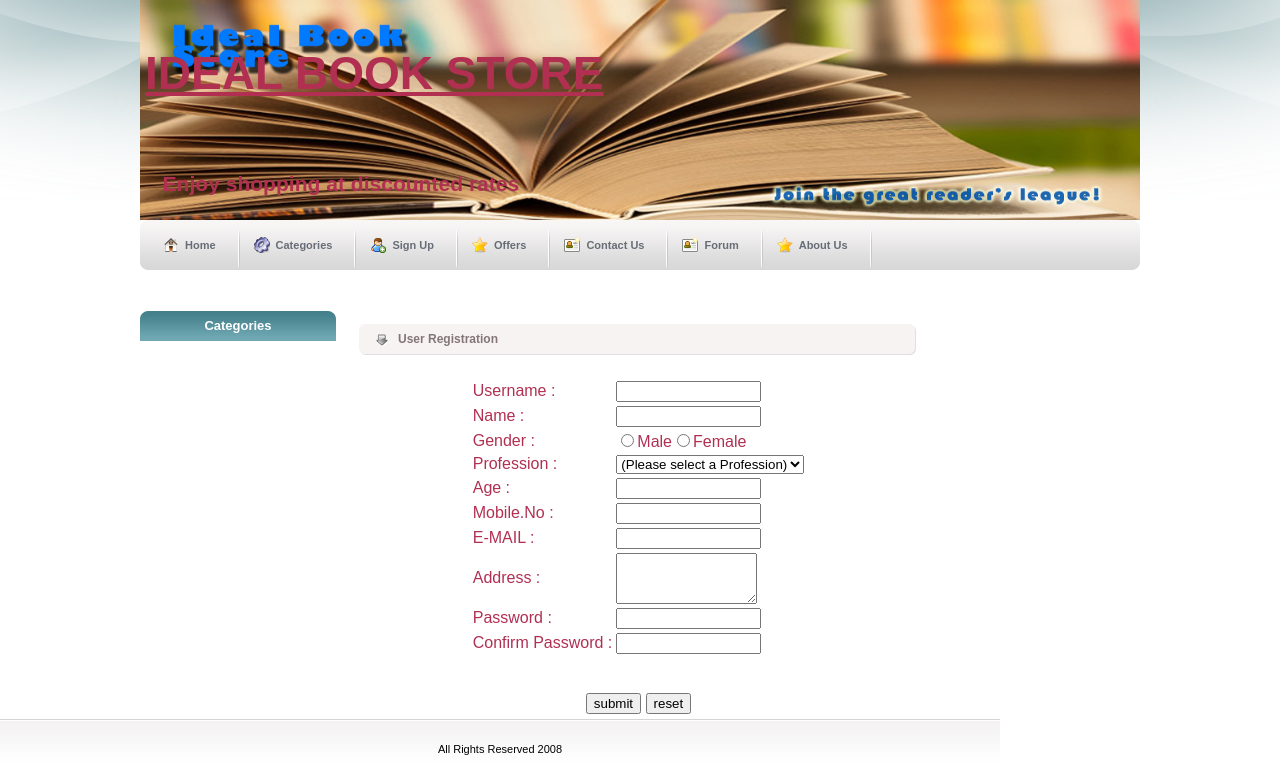
Repository: tusharjain887/Online-Book-Sales
Page: http://localhost/OnlineBook/registration.jsp
An editor plug-in stored every save of this project. The page is shown before and after the next save, followed by the edit.
The browser window is 1280 px wide. The pictures show the whole page.
The page is served by Tomcat 9. Queries for data that is not in the repository find no rows.

Above is the page before, as saved 2013-04-09 08:23:03.

### PROJECT/workspace/workspace/OnlineBook/WebContent/registration.jsp
<%@ page import="java.sql.*"%>
<%@ page import="java.io.*"%>
<%@ page import="java.util.*"%>
<%@ page import="java.lang.*"%>

<!DOCTYPE html PUBLIC "-//W3C//DTD XHTML 1.0 Transitional//EN" "http://www.w3.org/TR/xhtml1/DTD/xhtml1-transitional.dtd">
<html xmlns="http://www.w3.org/1999/xhtml">
<head>
<title>Sign Up</title>
<meta http-equiv="Content-Type" content="text/html; charset=windows-1252" />
<link rel="stylesheet" type="text/css" href="style.css" />
<!--[if IE 6]>
<link rel="stylesheet" type="text/css" href="iecss.css" />
<![endif]-->
<script type="text/javascript" src="js/boxOver.js"></script>

<script type="text/javascript">
function formValidation()
{
var username = document.myForm.username;
var name = document.myForm.name;
var gender = document.myForm.gender;
var pro = document.myForm.pro;
var age = document.myForm.age;
var phone1 = document.myForm.phone1;
var email = document.myForm.email;
var address = document.myForm.address;
var pwd = document.myForm.pwd
var pwd1 = document.myForm.pwd1;

//username
var uid_len = username.value.length;
var alphanum = /^[0-9a-zA-Z]+$/;
if (uid_len == 0)
{
alert('Username should not be empty.');
username.focus();
return false;
}
else if ((!username.value.match(alphanum)))
{
alert('Username must have alphanumeric characters only.');
username.focus();
return false;
}

//Name
var letters = /^[A-Za-z]+$/;
if(name.value.length==0)
{
	alert('Name should not be empty');
	name.focus();
	return false;
}
else if(!name.value.match(letters))
{
	alert('Name must have alphabet characters only');
	name.focus();
	return false;
}


var len = gender.value.length;
if (len == 0)
{
alert('Please select your gender!');
gender.focus();
return false;
}

if(pro.value == "Default")
{
alert('Select your profession from the list');
pro.focus();
return false;
}

var numbers = /^[0-9]+$/;
if(!(age.value.length<=2 && age.value.match(numbers)))
{
	alert('Age must have numeric characters only / max 2 digits');
	age.focus();
	return false;
}


if(!(phone1.value.length==10 && phone1.value.match(numbers)))
{
	alert('Incorrect phone number./nPhone must be a 10 digits numeric characters only.');
	phone1.focus();
	return false;
}

var mailformat = /^\w+([\.-]?\w+)*@\w+([\.-]?\w+)*(\.\w{2,3})+$/;
if(!email.value.match(mailformat))
{
	alert("You have entered an invalid email address!");
	mail.focus();
	return false;
}

/*
if(pwd!=pwd1)
{
alert("Password mismatch");
pwd.focus();
return false;
}
	*/

var pwd_len = pwd.value.length;
if (pwd_len == 0)
{
alert("Password should not be empty / length should be between 5 to 15");
pwd.focus();
return false;
}
else if( pwd_len > 15 || pwd_len < 5)
{
	alert("Password ength should be between 5 to 15");
	pwd.focus();
	return false;
}

pwd_len = pwd1.value.length;
if (pwd_len == 0 || pwd_len > 15 || pwd_len < 5)
{
alert("Please confirm your password");
pwd1.focus();
return false;
}
else if( pwd_len > 15 || pwd_len < 5)
{
	alert("Password ength should be between 5 to 15");
	pwd1.focus();
	return false;
	}


return true;
}
</script>
</head>
<body>
<div id="main_container">

  <div id="header">
	<div class="leftcontent"><h1><u>IDEAL BOOK STORE</u></h1></div>
    <div class="leftdowncontent"><h3>&nbsp&nbsp&nbspEnjoy shopping at discounted rates</h3></div>

  </div>

  <div id="main_content">
    <div id="menu_tab">
      <div class="left_menu_corner"></div>
      <ul class="menu">
        <li><a href="index.jsp" class="nav1"> Home</a></li>
        <li class="divider"></li>
        <li><a href="categories.jsp" class="nav2">Categories</a></li>
        <li class="divider"></li>
        <li><a href="registration.jsp" class="nav4">Sign Up</a></li>
        <li class="divider"></li>
        <li><a href="news.jsp" class="nav3">Offers</a></li>
        <li class="divider"></li>
        <li><a href="contact.jsp" class="nav6">Contact Us</a></li>
        <li class="divider"></li>
        <li><a href="forum.jsp" class="nav6">Forum</a></li>
        <li class="divider"></li>
        <li><a href="aboutus.jsp" class="nav3">About Us</a></li>
        <li class="divider"></li>

      </ul>
      <div class="right_menu_corner"></div>
    </div>
    <!-- end of menu tab -->
</br></br></br>
    <div class="left_content">
         <div class="title_box">Categories</div>
      <ul class="left_menu">
      <%
      try{
    	  Class.forName("com.ibm.db2.jcc.DB2Driver").newInstance();
	Connection Conn8=DriverManager.getConnection("jdbc:db2://localhost:50000/BOOKS","Rakesh","Rakesh");
	PreparedStatement ps8=Conn8.prepareStatement("SELECT CAT_ID,CAT_NAME FROM CATEGORY");
	ResultSet rs8=ps8.executeQuery();
	while(rs8.next())
    {
		String name=rs8.getString(2);
 	%>
        <li class="even"><%out.println("<a href='viewcategory.jsp?cat_id="+rs8.getString(1)+"'>"+name+"</a>");%></li>
        <%
        }
        %>
      </ul>
      <%
      PreparedStatement ps9=Conn8.prepareStatement("SELECT IMAGEURL FROM ADVERTISEMENT ORDER BY AD_ID DESC LIMIT 0,3");
	ResultSet rs9=ps9.executeQuery();
	while(rs9.next())
    {
		%>
      <div class="banner_adds"><br><br><br> <%out.println("<img src='C:/Uploaded Images/"+rs9.getString(1)+"'></img>");%> </div>
      <%
      }
	ps8.close();
	ps9.close();
	Conn8.close();
      }
      catch(Exception e)
      {

      }
      %>
    </div>

    <!-- end of left content -->
     <br>
    </div>
    <!-- end of left content -->
    <div class="center_content">
      <div class="center_title_bar">User Registration</div>
      <div style="font-size:16px;color:#B13052;">
      <form name="myForm" action="registration1.jsp" method="post" onsubmit="return formValidation()">
      <center>
<table>
<br><br>

<h3>
<tr>
<td style="margin-bottom: 5px;">Username        : </td>
<td style="margin-bottom: 5px;"><input type=text name="username" size=15></td>
</tr>
<tr>
<td style="margin-bottom: 5px;">Name         : </td>
<td style="margin-bottom: 5px;"><input type=text name="name" size=15></td>
</tr>
<tr>
<td style="margin-bottom: 5px;">Gender               :</td>
<td style="margin-bottom: 5px;"><input type="radio" name="gender" value="male" /><span>Male</span><input type="radio" name="gender" value="female" /><span>Female</span></td>
</tr>
<tr>
<td style="margin-bottom: 5px;">Profession        : </td>
<td style="margin-bottom: 5px;"><select name="pro">
<option selected="" value="Default">(Please select a Profession)</option>
<option value=Student>Student</option>
<option value=Business>Business</option>
<option value=Govt. Employee>Govt.Employ</option>
<option value=Pvt.Employee>Pvt.Employ</option>
</select></td>
</tr>
<tr>
<td style="margin-bottom: 5px;">Age               :</td>
<td style="margin-bottom: 5px;"><input type=text name="age"size=15></td>
</tr>
<tr>
<td style="margin-bottom: 5px;">Mobile.No         :</td>
<td style="margin-bottom: 5px;"><input type=text name="phone1" size=15></td>
</tr>
<tr>
<td style="margin-bottom: 5px;">E-MAIL            :</td>
<td style="margin-bottom: 5px;"><input type=text name="email" size=15></td>
</tr>
<tr>
<td style="margin-bottom: 5px;">Address          : </td>
<td style="margin-bottom: 5px;"><textarea rows=3 cols=15 name="address" size=15></textarea></td>
</tr>
<tr>
<td style="margin-bottom: 5px;">Password          : </td>
<td style="margin-bottom: 5px;"><input type=password name="pwd" size=15></td>
</tr>
<tr>
<td style="margin-bottom: 5px;">Confirm Password  : </td>
<td style="margin-bottom: 5px;"><input type=password name="pwd1" size=15></td>
</tr></h3>
</table>
<br><br>


<input type=submit value="submit">
<input type=reset value="reset">
</center>
</form>
</div>
    </div>
    <!-- end of center content -->
    <div class="right_content">
     <br><br><br>
    </div>
    <!-- end of right content -->
  </div>
  <!-- end of main content -->
  </br></br>
  <div class="footer">
    <br><br>
    <center> All Rights Reserved 2008</center>
      </div>

<!-- end of main_container -->
</body>
</html>

### PROJECT/workspace/workspace/OnlineBook/WebContent/style.css
body
{
background:url(images/bg.jpg) no-repeat #fff center top;
padding:0;
font-family:Arial, Helvetica, sans-serif;
font-size:11px;
margin:0px auto auto auto;
color:#000;
}
p{
padding:2px;
margin:0px;
}
#main_container{
width:1000px;
height:auto;
margin:auto;
padding:0px;
}
.top_bar{
width:1000px;
height:38px;
background-color:#4a4a4a;
}
.top_search{
width:370px;
height:32px;
margin:0px 20px 0 0;
_margin:0px 10px 0 0;
float:right;
background:url(images/top_search_bg.gif) no-repeat center;
}
input.search_input{
width:182px;
height:18px;
float:left;
margin:5px 0 0 0 ;
border:1px solid #dbdbdb;
border-bottom-color:#ffffff;
border-right-color:#ffffff;
}
.search_text{
float:left;
width:110px;
padding:8px 0 0 15px;
color:#999999;
}
.search_text a{
text-decoration:none;
color:#999999;
}
.search_bt{
float:left;
padding:2px 0 0 15px;
}
.languages{
float:right;
width:150px;
padding:8px 0 0 0;
}
.lang_text{
float:left;
padding:0 5px 0 0;
color:#b3adad;
}
a.lang{
display:block;
float:left;
padding:0 5px 0 5px;
}
#header{
width:1000px;
height:220px;
background:url(images/book4.jpg) no-repeat center;
background-position:0px 0px;
background-size:1000px 220px;
margin=0;
}
.leftcontent{
	padding:15px 0px 15px 5px;
	font-size:23px;
	color: #B13052;
}
.leftdowncontent{
	padding:5px 0px 15px 5px;
	font-size:18px;
	color: #B13052;
}
.logout{
	float:right;
	font-size:14px;
	color: #fff;
}
.logout a,.logout a:hover {
	color: aqua;
}

}
#logo{
padding:15px;
}
#templatemo_header {
	clear: both;
	width: 1000px;
	height: 200px;
	padding: 0;
	margin: 0;
	background: url(images/templatemo_header_bg.jpg) no-repeat;
}

#templatemo_header a,a:hover {
	color: #000;
}

#templatemo_header #templatemo_special_offers {
	float: left;
	font-size: 14px;
	margin-top: 95px;
	margin-left: 490px;
	width: 180px;
}

#templatemo_special_offers a {
	font-size: 12px;
}

#templatemo_special_offers  p {
	margin: 0 0 20px 0;
}
#templatemo_special_offers p span {
	font-size: 18px;
}

#templatemo_header #templatemo_new_books {
	float: left;
	margin-top: 90px;
	margin-left: 55px;
	width: 180px;
}

#templatemo_new_books ul {
	 margin: 0 0 10px 0;
	 padding: 0 0 0 20px;
}

#templatemo_new_books li {
	 margin: 0;
	 padding: 0;
}

/*------------------------------oferte_content-----------------------*/
.oferte_content{
width:600px;
height:264px;
float:left;
padding:0 0 0 50px;
}
.top_divider{
float:left;
width:1px;
height:164px;
}
.oferta{
width:538px;
float:left;
padding:15px 30px 0 30px;
}
.oferta_img{
float:left;
padding:0 0 10px 0;
}
.oferta_title{
font-size:15px;
color:#b72c24;
font-weight:bold;
}
.oferta_details{
width:400px;
float:left;
padding:0 0 0 30px;
}
.oferta_text{
padding:5px 0 5px 0;
font-size:12px;
color:#FFFFFF;
text-align:justify;
line-height:15px;
}
a.details{
width:83px;
height:21px;
display:block;
float:right;
margin:5px 0 0 0;
padding-left:5px;
background:url(images/details_bt_bg.gif) no-repeat center;
text-align:center;
line-height:21px;
text-decoration:none;
color:#000000;
}
/*---------------------oferta_pagination-----------------------------*/

div.oferta_pagination {
clear:both;
padding:10px 0 0 0;
_padding:0px 0 0 0;
margin:5px;
text-align:center;
float:left;
font-size:10px;
}

div.oferta_pagination a {
width:22px;
height:22px;
display:block;
float:left;
margin:0 0 0 5px;
_margin:0 0 0 3px;
line-height:23px;
text-align:center;
background:url(images/pag_bg.gif) no-repeat center;
text-decoration:none;
color:#9d8b8b;
}
div.oferta_pagination a:hover, div.pagination a:active {
width:22px;
height:22px;
display:block;
float:left;
line-height:23px;
text-align:center;
background:url(images/pag_bg_a.gif) no-repeat center;
text-decoration:none;
color:#ad1614;
}
div.oferta_pagination span.current {
width:22px;
height:22px;
display:block;
float:left;
line-height:23px;
text-align:center;
background:url(images/pag_bg_a.gif) no-repeat center;
text-decoration:none;
color:#ad1614;
}
#main_content{
clear:both;
}
/*---------------- menu tab----------------------*/
#menu_tab{
width:1000px;
height:50px;
background-color:#fff;
}
.left_menu_corner{
width:9px;
height:50px;
float:left;
background:url(images/menu_left.gif) no-repeat center;
}
.right_menu_corner{
width:9px;
height:50px;
float:left;
background:url(images/menu_right.gif) no-repeat center;
}
ul.menu {
list-style-type:none; float:left; display:block; width:982px;
margin:0px; padding:0px;background:url(images/menu_bg.gif) repeat-x;}

ul.menu li {
display:inline;
font-size:11px;
font-weight:bold;
line-height:50px;
}
ul.menu li.divider {
display:inline;
width:2px;
height:50px;
float:left;
background:url(images/menu_divider.gif) no-repeat center;
}

a.nav1:link, a.nav1:visited {
display:block; float:left; padding:0px 8px 0px 22px; margin:0 14px 0 14px;height:50px;text-decoration:none; background:url(images/home.png) no-repeat left; color:#676d77;}
a.nav2:link, a.nav2:visited {
display:block; float:left; padding:0px 8px 0px 22px; margin:0 14px 0 14px;height:50px;text-decoration:none; background:url(images/services.png) no-repeat left; color:#676d77;}
a.nav3:link, a.nav3:visited {
display:block; float:left; padding:0px 8px 0px 22px; margin:0 14px 0 14px;height:50px;text-decoration:none; background:url(images/favs.png) no-repeat left; color:#676d77;}
a.nav4:link, a.nav4:visited {
display:block; float:left; padding:0px 8px 0px 22px; margin:0 14px 0 14px;height:50px;text-decoration:none; background:url(images/user_add.png) no-repeat left; color:#676d77;}
a.nav5:link, a.nav5:visited {
display:block; float:left; padding:0px 8px 0px 22px; margin:0 14px 0 14px;height:50px;text-decoration:none; background:url(images/car.png) no-repeat left; color:#676d77;}
a.nav6:link, a.nav6:visited {
display:block; float:left; padding:0px 8px 0px 22px; margin:0 14px 0 14px;height:50px;text-decoration:none; background:url(images/contact-new.png) no-repeat left; color:#676d77;}

a.nav1:hover, a.nav2:hover, a.nav3:hover, a.nav4:hover, a.nav5:hover, a.nav6:hover {
color:#333333;}


li.currencies{
width:180px;
float:left;
padding:0 0 0 15px;
_padding:12px 0 0 15px;
color:#676d77;
font-size:11px;
font-weight:bold;
}
/*----------------crumb_navigation-------------*/
.crumb_navigation{
width:980px;
height:15px;
padding:5px 10px 0 20px;
color:#333333;
background:url(images/navbullet.png) no-repeat left;
background-position:5px 6px;
}
.crumb_navigation a{
color:#0fa0dd;
text-decoration:underline;
}
span.current{
color:#0fa0dd;
}

/*-------------left_content------------------*/
.left_content{
width:196px;
float:left;
}
.title_box{
width:196px;
height:30px;
margin:5px 0 0 0;
background:url(images/menu_title_bg.gif) no-repeat center;
text-align:center;
font-size:13px;
font-weight:bold;
color:#fff;
line-height:30px;
}
/*--------left menu---------*/
ul.left_menu{
width:196px;
padding:0px;
margin:0px;
list-style:none;
}
ul.left_menu li{
margin:0px;
list-style:none;
}
ul.left_menu li.odd a{
width:166px;height:25px;display:block;background:url(images/checked.png) no-repeat left #dad0d0; background-position:5px 5px;border-bottom:1px #FFFFFF solid;
text-decoration:none;color:#504b4b;padding:0 0 0 30px; line-height:25px;
}
ul.left_menu li.even a{
width:166px;height:25px;display:block;background:url(images/checked.png) no-repeat left #eee6e6;background-position:5px 5px;border-bottom:1px #FFFFFF solid;
text-decoration:none;color:#504b4b;padding:0 0 0 30px; line-height:25px;
}
ul.left_menu li.even a:hover, ul.left_menu li.odd a:hover{
background:url(images/checked.png) no-repeat left #7bbcc7; color:#FFFFFF;background-position:5px 5px;
}

.border_box{
width:194px;
height:auto;
text-align:center;
border:1px #6da6b1 solid;
}
.product_title{
color:#ea2222;
padding:5px 0 5px 0;
font-weight:bold;
}
.product_title a{
text-decoration:none;
color:#ea2222;
padding:5px 0 5px 0;
font-weight:bold;
}
.product_title a:hover{
color:#064E5A;
}
.product_img{
padding:5px 0 5px 0;
}
.prod_price{
padding:5px 0 5px 0;
}
span.reduce{
color:#ea2222;
text-decoration:line-through;
}
span.price{
color:#ea2222;
}
/*----------newsletter--------------*/
input.newsletter_input{
width:160px;
height:16px;
border:1px #ddd9d9 solid;
margin:10px 0 5px 0;
font-size:12px;
padding:3px;
color:#999999;
}
a.join{
width:17px;
display:block;
margin:5px 0 5px 140px;
_margin:5px 0 5px 130px;
background:url(images/blue-add.png) no-repeat left;
padding:0 0 0 20px;
text-decoration:none;
color:#1c4a52;
}
.banner_adds{
width:194px;
text-align:center;
padding:10px 0 10px 0;
}

/*center content--------------------------*/
.center_content{
width:585px;
float:left;
padding:5px 10px;
}
.center_title_bar{
width:520px;
height:33px;
float:left;
padding:0 0 0 40px;
margin:0 0 0 12px;
_margin:0 0 0 6px;
line-height:33px;
font-size:12px;
color:#847676;
font-weight:bold;
background:url(images/bar_bg.gif) no-repeat center;
}

/*----------------------right content--------------*/
.right_content{
width:196px;
float:left;
padding:5px 0 0 0;
}
.shopping_cart{
width:195px;
height:84px;
text-align:center;
background:url(images/cart_bg.gif) no-repeat center;
}
.cart_title{
font-size:12px;
font-size:12px;
color:#847676;
font-weight:bold;
padding:8px 0 0 0;
}
.cart_details{
width:115px;
float:left;
padding:5px 0 0 15px;
text-align:left;
}
.cart_icon{
float:left;
padding:5px 0 0 5px;
}
span.border_cart{
width:100px;
height:1px;
margin:3px 0 3px 0;
display:block;
border-top:1px #999999 dashed;
}
/*---------prod_box----------*/
.prod_box{
width:173px;
height:auto;
float:left;
padding:10px 10px 10px 11px;
}
.top_prod_box{
width:173px;height:12px;background:url(images/product_box_top.gif) no-repeat center bottom;float:left; padding:0px; margin:0px;
}
.bottom_prod_box{
width:173px;height:10px;background:url(images/product_box_bottom.gif) no-repeat center top;float:left;padding:0px; margin:0px;
}
.center_prod_box{
width:173px;height: auto;background:url(images/product_box_center.gif) repeat-y;float:left; text-align:center;padding:0px; margin:0px;
}
.prod_details_tab{
width:173px;
height:31px;
float:left;
background:url(images/products_details_bg.gif) no-repeat center;
margin:3px 0 0 0;
}
img.left_bt{
float:left;
padding:6px 0 0 6px;
}
a.prod_details{
width:25px;
display:block;
float:left;
background:url(images/square-blue-add.gif) no-repeat left;
padding:0 0 0 20px;
margin:7px 0 0 38px;
_margin:6px 0 0 35px;
text-decoration:none;
color:#0fa0dd;
}
/*---------prod_box_big----------*/
.prod_box_big{
width:554px;
height:auto;
float:left;
padding:10px 10px 10px 15px;
}
.top_prod_box_big{
width:554px;height:12px;background:url(images/details_box_top.gif) no-repeat center bottom;float:left; padding:0px; margin:0px;
}
.bottom_prod_box_big{
width:554px;height:12px;background:url(images/details_box_bottom.gif) no-repeat center top;float:left;padding:0px; margin:0px;
}
.center_prod_box_big{
width:554px;height: auto;background:url(images/details_box_center.gif) repeat-y;float:left; text-align:center;padding:0px; margin:0px;
}
.product_img_big{
width:170px;
padding:5px 0 5px 10px;
float:left;
}
.details_big_box{
width:345px;
float:left;
padding:0 0 0 15px;
text-align:left;
}
.product_title_big{
color:#ea2222;
padding:5px 0 5px 0;
font-weight:bold;
font-size:14px;
}
.specifications{
font-size:12px;
font-weight:bold;
line-height:18px;
}
.thumbs{
padding:8px 5px 8px 5px;
border:1px #DFD1D1 solid;
margin:3px 0 0 0;
}
.thumbs a{
padding:3px;
}
.prod_price_big{
padding:5px 0 5px 0;
font-size:16px;
}
span.reduce{
color:#ea2222;

}
span.price{
color:#ea2222;
}
a.addtocart{
width:76px;
height:27px;
display:block;
float:left;
background:url(images/addtocart.gif) no-repeat left;
padding:0 0 0 33px;
text-decoration:none;
line-height:27px;
color:#1c4a52;
}
a.compare{
width:76px;
height:27px;
display:block;
float:left;
margin:0 0 0 10px;
background:url(images/compare.gif) no-repeat left;
padding:0 0 0 33px;
text-decoration:none;
line-height:27px;
color:#1c4a52;
}
span.blue{
color:#5F9FAB;
}
/*---------------contact_form------------------*/
.contact_form{
width:355px;
float:left;
padding:0px 0 0 75px;
}
.form_row{
width:335px;
clear:both;
padding:10px 0 10px 0;
_padding:5px 0 5px 0;
color:#a53d17;
}
label.contact{
width:75px;
float:left;
font-size:12px;
text-align:right;
padding:4px 5px 0 0;
color: #333333;
}
input.contact_input{
width:253px;
height:18px;
background-color:#fff;
color:#999999;
border:1px #DFDFDF solid;
float:left;
}
textarea.contact_textarea{
width:253px;
height:50px;
font-family:Arial, Helvetica, sans-serif;
font-size:12px;
color: #999999;
background-color:#fff;
border:1px #DFDFDF solid;
float:left;
}
a.contact{
width:99px;
height:27px;
display:block;
float:right;
margin:0 0 0 10px;
background:url(images/contact_bt.gif) no-repeat left;
padding:0 0 0 10px;
text-decoration:none;
line-height:27px;
color:#1c4a52;
}
/*--------------footer----------------*/
.footer{
width:1000px;
clear:both;
height:65px;
background:url(images/footer_bg.gif) repeat-x top;
}
.left_footer{
float:left;
width:300px;
padding:5px 0 0 10px;
}
.right_footer{
float:right;
padding:15px 30px 0 0;
}
.right_footer a{
padding:0 0 0 7px;
text-decoration:none;
color: #666666;
}
.right_footer a:hover{
text-decoration:underline;
}

.center_footer{
float:left;
width:200px;
text-align:center;
color:#666666;
padding:10px 0 0 60px;
}

Loaded but not shown: PROJECT/workspace/workspace/OnlineBook/WebContent/js/boxOver.js (369 lines, source omitted)

After the next save:
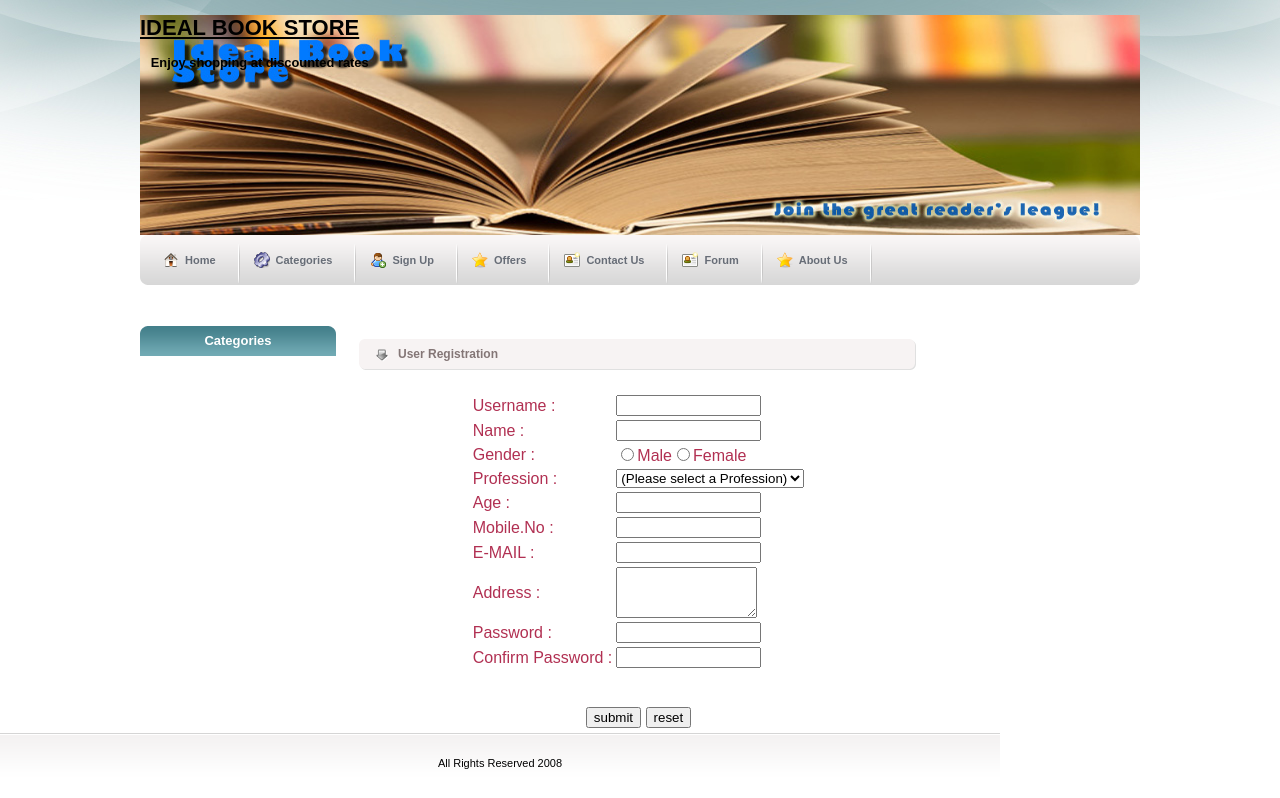
Saved 38 s later.
--- a/PROJECT/workspace/workspace/OnlineBook/WebContent/style.css
+++ b/PROJECT/workspace/workspace/OnlineBook/WebContent/style.css
@@ -76,23 +76,14 @@ background-position:0px 0px;
 background-size:1000px 220px;
 margin=0;
 }
-.leftcontent{
-	padding:15px 0px 15px 5px;
-	font-size:23px;
-	color: #B13052;
-}
-.leftdowncontent{
-	padding:5px 0px 15px 5px;
-	font-size:18px;
-	color: #B13052;
-}
 .logout{
 	float:right;
 	font-size:14px;
-	color: #fff;
+	color: green;
+	font-weight: bold;
 }
 .logout a,.logout a:hover {
-	color: aqua;
+	color: B13052;
 }
 
 }
